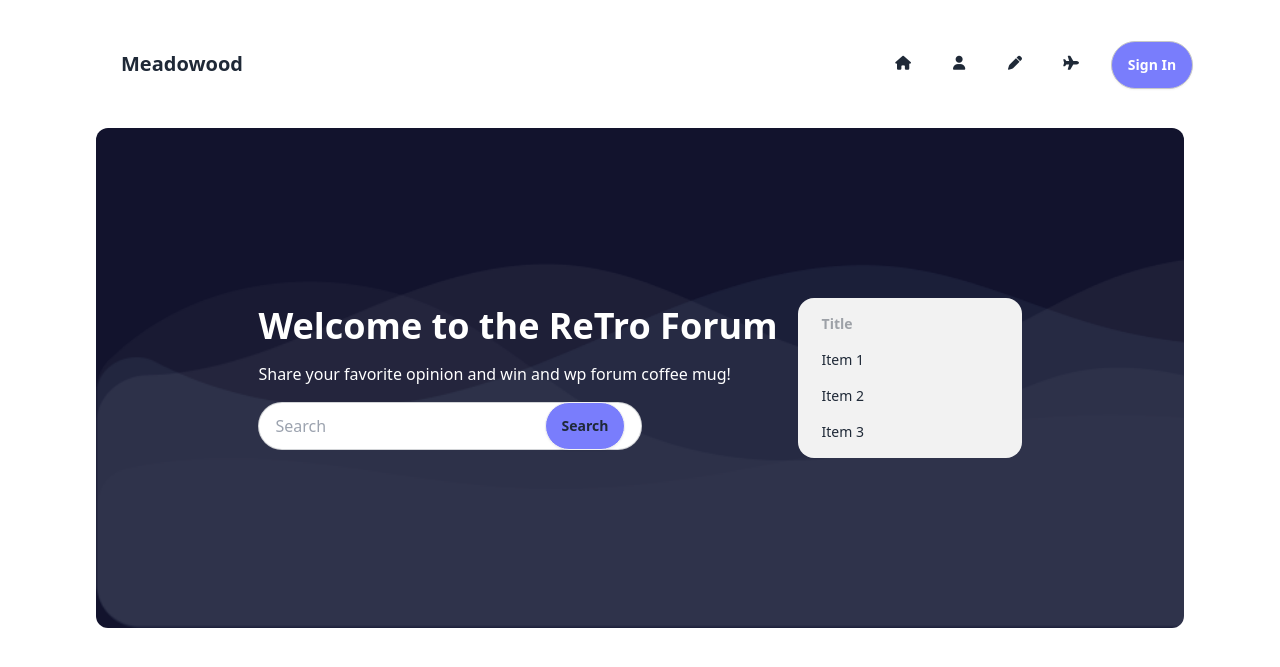
Repository: RudrasahaDibos/Meadowood-Forum
Page: index.html
An editor plug-in stored every save of this project. The page is shown before and after the next save, followed by the edit.
The browser window is 1280 px wide. The pictures show the whole page.
Some web libraries are served in a nearby version.

Above is the page before, as saved 2024-11-24 12:48:50.

### index.html
<!DOCTYPE html>
<html lang="en">
    <head>
        <meta charset="UTF-8">
        <meta name="viewport" content="width=device-width, initial-scale=1.0">
        <title>Meadowood Forum</title>

        <!-- tailwind  -->
        <link
            href="https://cdn.jsdelivr.net/npm/daisyui@4.12.14/dist/full.min.css"
            rel="stylesheet" type="text/css" />
        <script src="https://cdn.tailwindcss.com"></script>

        <!-- font awesome  -->
        <link rel="stylesheet"
            href="https://cdnjs.cloudflare.com/ajax/libs/font-awesome/6.7.1/css/all.min.css"
            integrity="sha512-5Hs3dF2AEPkpNAR7UiOHba+lRSJNeM2ECkwxUIxC1Q/FLycGTbNapWXB4tP889k5T5Ju8fs4b1P5z/iB4nMfSQ=="
            crossorigin="anonymous" referrerpolicy="no-referrer" />

    </head>
    <body class="container mx-auto lg:px-24 px-8">
        <!-- header is start here  -->
        <header class="mt-8">
            <!-- navbar is start here  -->
            <div class="navbar bg-base-100">
                <div class="flex-1">
                    <a class="btn btn-ghost text-xl">Meadowood</a>
                </div>
                <div class="flex-none">
                    <div class="dropdown dropdown-end mr-6">
                        <div  role="button"
                            class="btn btn-ghost btn-circle flex w-full  ">
                            <div class="indicator rounded-full border-1 h-8 w-8 mr-4 tooltip" data-tip="home">
                                <i class="fa-solid fa-house h-5 w-5 mx-auto mt-2"></i>
                            </div>
                            <div class="indicator rounded-full border-1 h-8 w-8 mr-4 tooltip" data-tip="User">
                                <i class="fa-solid fa-user h-5 w-5 mx-auto mt-2"></i>
                            </div>
                            <div class="indicator rounded-full border-1 h-8 w-8 mr-4 tooltip" data-tip="pen">
                                <i class="fa-solid fa-pen h-5 w-5 mx-auto mt-2"></i>
                            </div>
                            <div class="indicator rounded-full border-1 h-8 w-8 mr-4 tooltip" data-tip="flight">
                                <i class="fa-solid fa-plane h-5 w-5 mx-auto mt-2"></i>
                            </div>
                        </div>

                    </div>
                    <div class="dropdown dropdown-end">
                        <div tabindex="0" role="button"
                            class="btn btn-ghost btn-circle avatar">

                                <button class="btn btn-active bg-[#797DFC] text-white rounded-full ">Sign In</button>

                        </div>
                        <ul
                            tabindex="0"
                            class="menu menu-sm dropdown-content bg-base-100 rounded-box z-[1] mt-3 w-52 p-2 shadow">
                            <li>
                                <a class="justify-between">
                                    Profile
                                    <span class="badge">New</span>
                                </a>
                            </li>
                            <li><a>Settings</a></li>
                            <li><a>Logout</a></li>
                        </ul>
                    </div>
                </div>
            </div>
            <!-- navbar is  end here  -->

             <!-- bannner start here  -->
             <div class="lg:w-full w-[450px] relative bg-no-repeat bg-cover h-[500px] z-0 rounded-xl overflow-hidden mt-8 bg-[#12132D]" style="background-image: url('/images/bgbanner.png');">
                <div class="relative top-0 left-0 w-full h-full z-10  flex  justify-center items-center gap-5 ">

                  <div class="space-y-4">
                    <h2 class="text-4xl font-extrabold font-manrope text-white">Welcome to the ReTro Forum</h2>
                    <p class="text-white">Share your favorite opinion and win and wp forum coffee mug!</p>
                    <label class="input input-bordered flex items-center gap-2 w-96 rounded-full">
                        <input type="text" class="grow" placeholder="Search" />
                         <button class="btn bg-[#797DFC] rounded-full">Search</button>
                      </label>
                  </div>

                   <div>
                    <ul class="menu bg-base-200 rounded-box w-56">
                        <li class="menu-title">Title</li>
                        <li><a>Item 1</a></li>
                        <li><a>Item 2</a></li>
                        <li><a>Item 3</a></li>
                      </ul>
                   </div>

                </div>
                </div>
             <!-- bannner end here  -->




        </header>
        <!-- header is end here  -->

        <!-- main is start here  -->
        <main>

        </main>
        <!-- main is end here  -->

        <!-- footer is start here  -->

        <!-- footer is end here  -->
    </body>
</html>

After the next save:
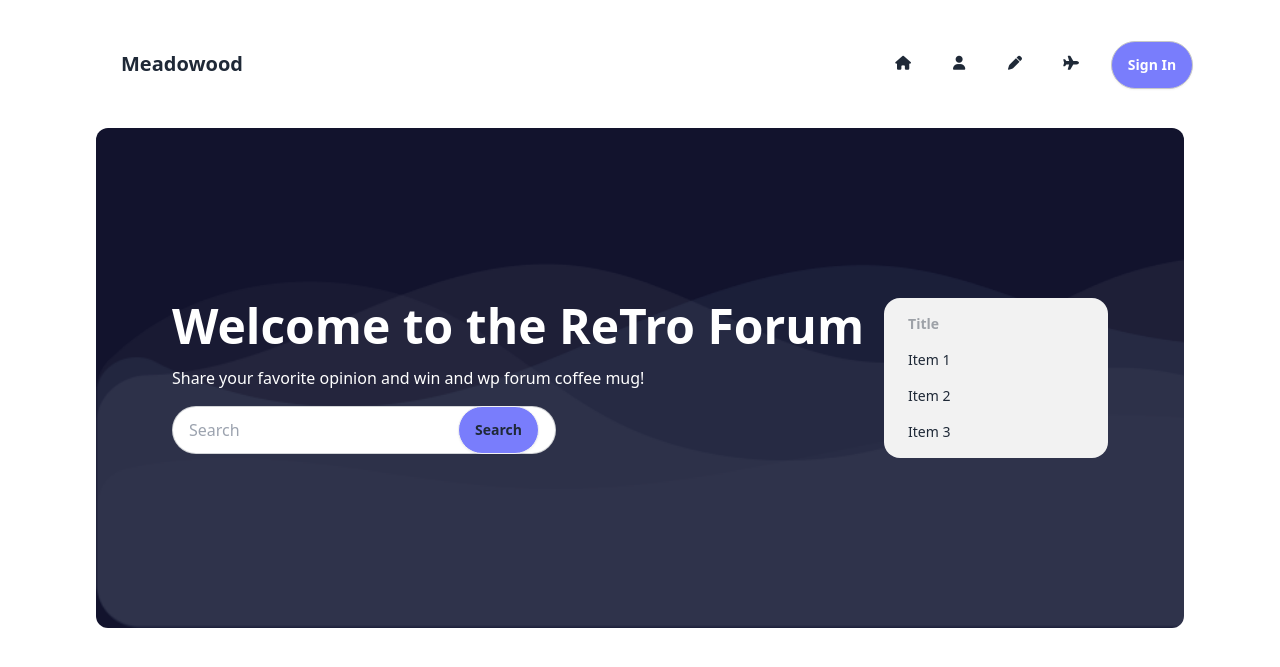
Saved 7 s later.
--- a/index.html
+++ b/index.html
@@ -74,7 +74,7 @@
                 <div class="relative top-0 left-0 w-full h-full z-10  flex  justify-center items-center gap-5 ">
 
                   <div class="space-y-4">
-                    <h2 class="text-4xl font-extrabold font-manrope text-white">Welcome to the ReTro Forum</h2>
+                    <h2 class="text-5xl font-extrabold font-manrope text-white">Welcome to the ReTro Forum</h2>
                     <p class="text-white">Share your favorite opinion and win and wp forum coffee mug!</p>
                     <label class="input input-bordered flex items-center gap-2 w-96 rounded-full">
                         <input type="text" class="grow" placeholder="Search" />
